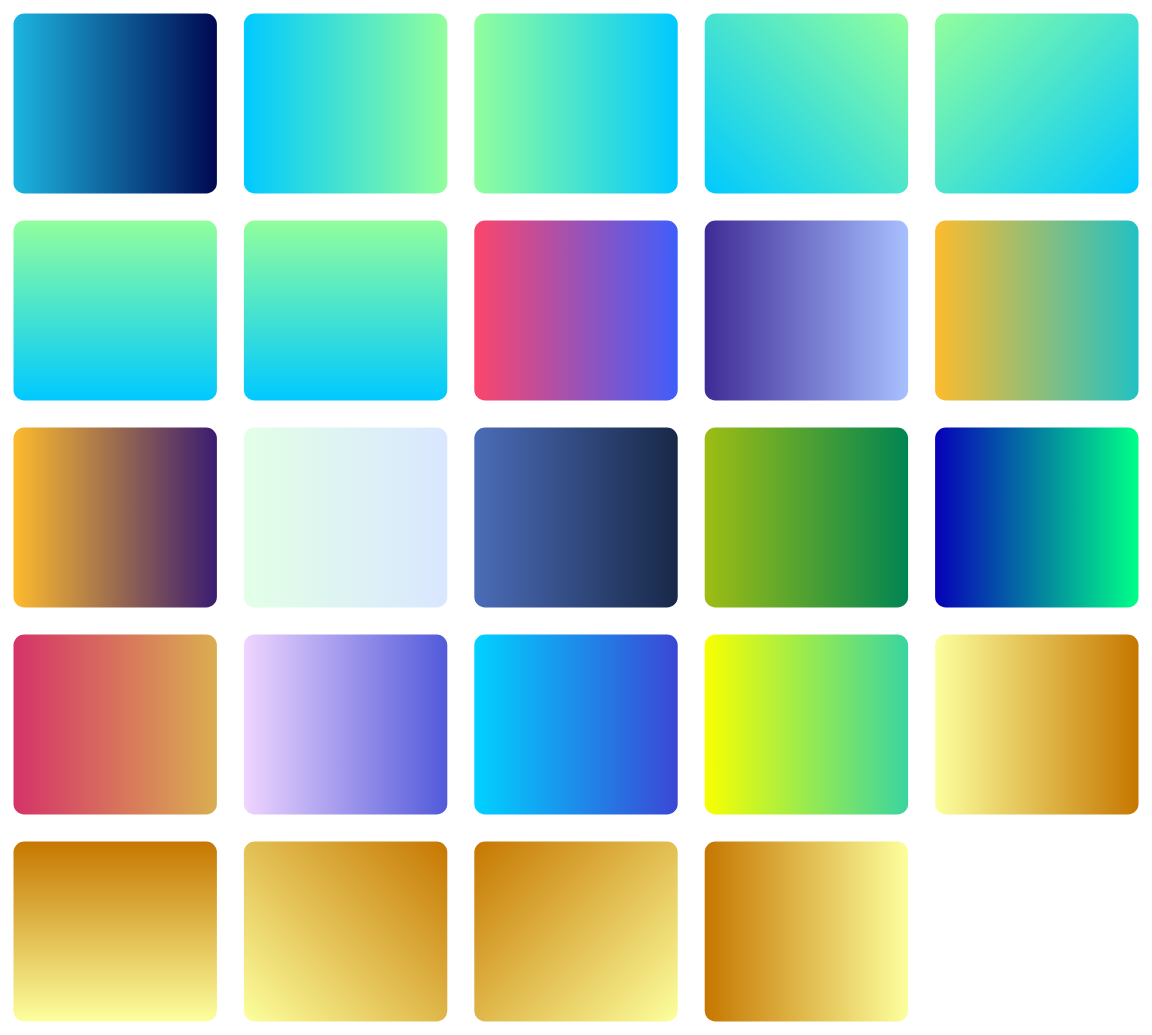
Repository: LBprox3010/gradient
Page: index.html
The author's editor kept a copy of each file at every save. The page is drawn from the files as they stood at one save, then again after the next save.
The browser window is 1280 px wide. The pictures show the whole page, at 90% of full size.

Above is the page before, as saved 2022-02-24 08:34:13.

After the next save:
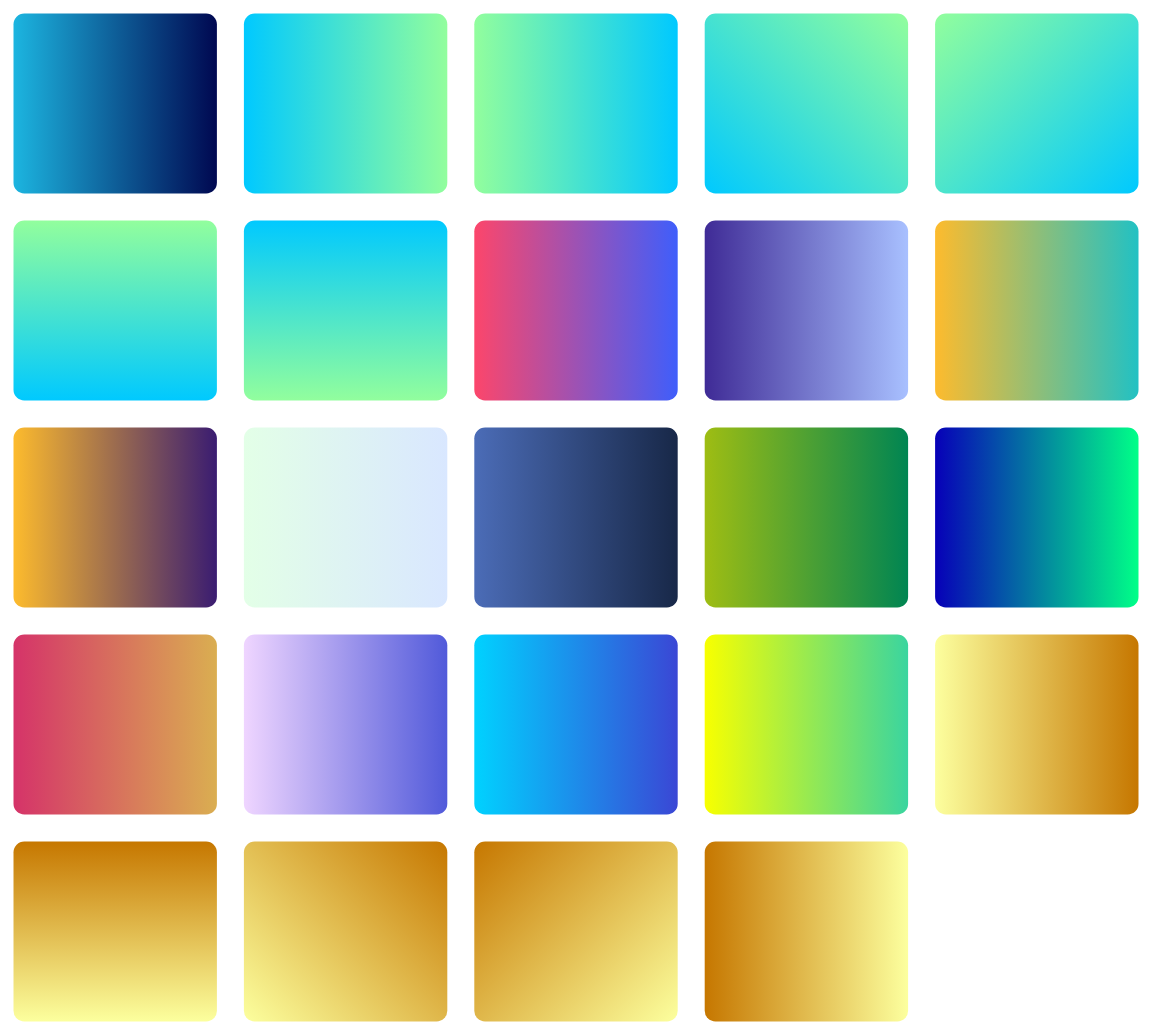
Saved 26 s later.
--- a/app.js
+++ b/app.js
@@ -9,7 +9,7 @@
   "linear-gradient(45deg, #00C9FF 0%, #92FE9D 100%)",
   "linear-gradient(-45deg, #00C9FF 0%, #92FE9D 100%)",
   "linear-gradient(0deg, #00C9FF 0%, #92FE9D 100%)",
-  "linear-gradient(1800deg, #00C9FF 0%, #92FE9D 100%)",
+  "linear-gradient(180deg, #00C9FF 0%, #92FE9D 100%)",
   "linear-gradient(90deg, #FC466B 0%, #3F5EFB 100%)",
   "linear-gradient(90deg, #3F2B96 0%, #A8C0FF 100%)",
   "linear-gradient(90deg, #FDBB2D 0%, #22C1C3 100%)",
